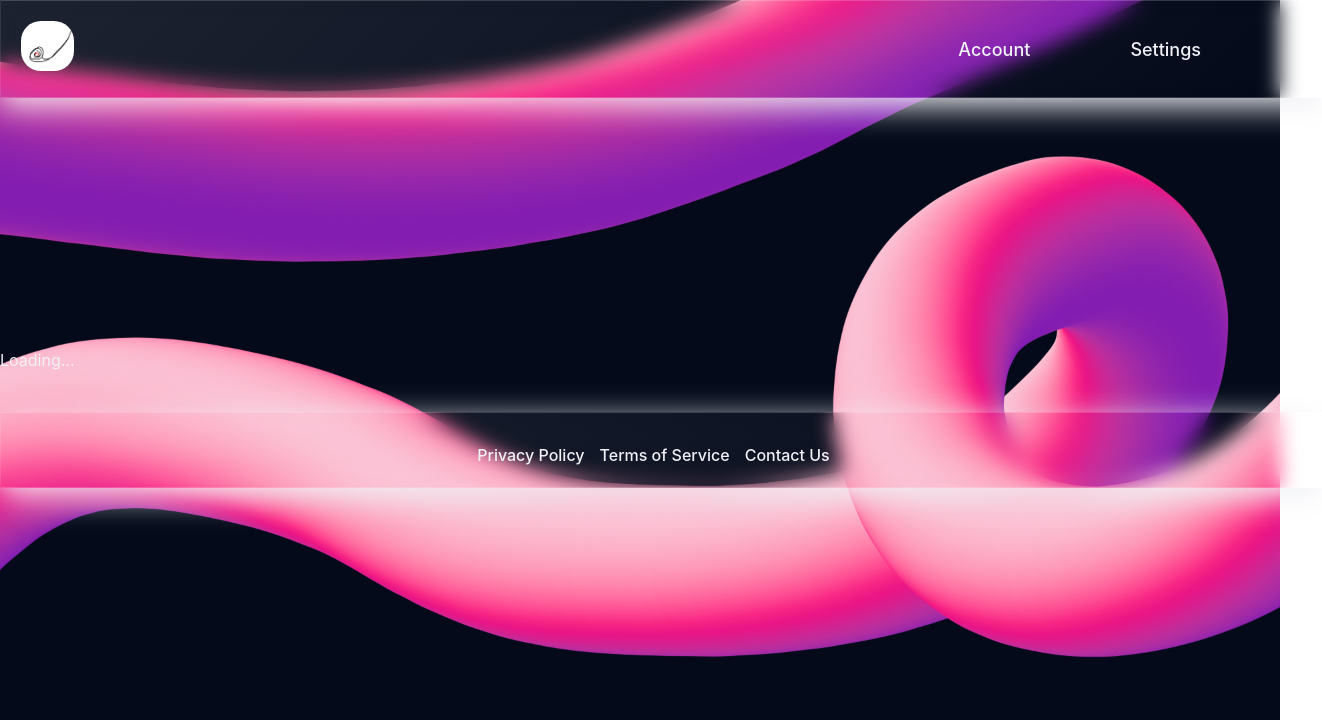
Repository: Jennica1/Front-end-project
Page: /account (app in react/)
These files come from the project's save history. The page is drawn as it stood at one moment and after a run of saves; the edit follows.
The browser window is 1280 px wide. The page is 1322 px wide, then 1280 px, so the pictures cover 1322 px, including what lies to the right of the window. The pictures show the whole page.
The project was rebuilt for these pictures with package versions that can differ from the ones it lists, and the page was loaded fresh each time. Also part of the build but not shown: react/vite.config.js, react/src/pages/styles/Home.css, react/src/Components/Button/Button.css, react/src/Components/Button/Button.jsx, react/src/Components/Sidebar/Sidebar.css, react/src/Components/Sidebar/Sidebar.jsx, react/src/Components/Card/Card.css, react/src/Components/Card/Card.jsx and 12 more.

Above is the page before, as saved 2024-11-30 15:51:55.

### react/src/App.jsx
import React from 'react';
import { BrowserRouter as Router, Route, Routes } from 'react-router-dom';
import Header from './Components/Header/Header';
import Footer from './Components/Footer/Footer';
import Home from './pages/Home';
import Explore from './pages/Explore';
import Account from './pages/Account';
import Settings from './pages/Settings';
import Privacy from './pages/Privacy';
import Contact from './pages/Contact';
import Terms from './pages/Terms';

const App = () => {
    return (
        <Router>
            <Header />
            <main>
                <Routes>
                    <Route path="/" element={<Home />} />
                    <Route path="/explore" element={<Explore />} />
                    <Route path="/account" element={<Account />} />
                    <Route path="/settings" element={<Settings />} />
                    <Route path="/privacy" element={<Privacy />} />
                    <Route path="/terms" element={<Terms />} />
                    <Route path="/contact" element={<Contact />} />
                </Routes>
            </main>
            <Footer />
        </Router>
    );
};

export default App;

### react/src/Components/Header/Header.jsx
import React from 'react';
import { Link } from 'react-router-dom';
import './Header.css';

const Header = () => {
    return (
        <header className="header">
            <div className="header-container">
            <Link to="/">
                <img src="./images/logo.png" alt="Logo" className="logo" />
            </Link>
                <nav>
                    <ul className="nav-list">
                        <li className="nav-item"><Link to="/account">Account</Link></li>
                        <li className="nav-item"><Link to="/settings">Settings</Link></li>
                    </ul>
                </nav>
            </div>
        </header>
    );
};

export default Header;

### react/src/Components/Footer/Footer.jsx
import React from 'react';
import { Link } from 'react-router-dom';
import './Footer.css';

const Footer = () => {
    return (
        <footer className="footer">
            <nav>
                <ul className="footer-list">
                    <li className="footer-item"><Link to="/privacy">Privacy Policy</Link></li>
                    <li className="footer-item"><Link to="/terms">Terms of Service</Link></li>
                    <li className="footer-item"><Link to="/contact">Contact Us</Link></li>
                </ul>
            </nav>
        </footer>
    );
};

export default Footer;

### react/src/pages/Account.jsx
import React, { useEffect, useState } from 'react';
import './styles/Account.css';

const Account = () => {
    const [profile, setProfile] = useState(null); // State for user profile
    const [isLoading, setIsLoading] = useState(true); // Loading state

    useEffect(() => {
        // Wait for script.ts to populate the window with profile data
        const fetchProfileData = async () => {
            const profileData = window.spotifyProfile; // Assuming you store the profile in a global variable
            if (profileData) {
                setProfile(profileData);
                setIsLoading(false);
            }
        };

        fetchProfileData();
    }, []);

    if (isLoading) {
        return <div>Loading...</div>;
    }

    return (
        <div className='account'>
            <div className='profile-header'>
                <div className='profile-image'>
                    <img
                        src={profile.images?.[0]?.url || "https://via.placeholder.com/150"}
                        width={150}
                        alt="profile"
                    />
                </div>
                <div className='profile-info'>
                    <h2 className='profile-username'>{profile.display_name || "Anonymous"}</h2>
                    <button>Edit profile</button>
                    <ul className='profile-stats'>
                        <li><strong>0</strong> posts</li>
                        <li><strong>{profile.followers?.total || 0}</strong> followers</li>
                        <li><strong>0</strong> following</li>
                    </ul>
                </div>
            </div>
            <div className='profile-bio'>
                <h3>{profile.email || "No bio available"}</h3>
            </div>

            <div className='post-grid'>
                <div className='post-item'><img src="https://via.placeholder.com/150" alt="post" /></div>
                <div className='post-item'><img src="https://via.placeholder.com/150" alt="post" /></div>
            </div>
        </div>
    );
};

export default Account;

### react/src/Components/Header/Header.css
.header {
    background: linear-gradient(135deg, var(--transparentDarkGray), var(--transparentBlack));
    backdrop-filter: blur(10px);
    border: 1px solid var(--transparentBlack18);
    box-shadow: 0 8px 32px 0;
    padding: 20px;
    position: absolute;
    width: 100%;
    top: 0;
    left: 0;
}

.header-container {
    display: flex;
    align-items: center;
    justify-content: space-between;
    width: 100%;
}

.logo {
    height: 50px;
    border-radius: 20px;
}

.nav-list {
    display: flex;
    list-style-type: none;
    padding: 0;
    margin: 0;
}

.nav-item {
    margin-right: 100px;
}

.nav-item a {
    color: var(--color-light);
    text-decoration: none;
    font-size: 18px;
}

.nav-item a:hover {
    text-decoration: underline;
    color: var(--color-light);
}

### react/src/Components/Footer/Footer.css
.footer {
    background: linear-gradient(135deg,var(--transparentDarkGray),var(--transparentBlack));
    backdrop-filter: blur(10px);
    border:1px solid var(--transparentBlack18);
    box-shadow:0 8px 32px 0;
    color: var(--color-light);
    padding: 20px;
    text-align: center;
    position: absolute;
    left: 0;
    width: 100%;
    margin-top: 40px;
}

.footer-content {
    display: flex;
    flex-direction: column;
    align-items: center;
}

.footer-list {
    list-style-type: none;
    padding: 0;
    margin: 10px 0 0 0;
}

.footer-list .footer-item {
    display: inline;
    margin-right: 15px;
}

.footer-item a {
    color: var(--color-light);
    text-decoration: none;
}

.footer-item a:hover {
    text-decoration: underline;
    color: var(--color-light);
}

Loaded but not shown: react/index.html (common file); react/src/main.jsx (common file); react/src/index.css (common file)

After the next 2 saves:
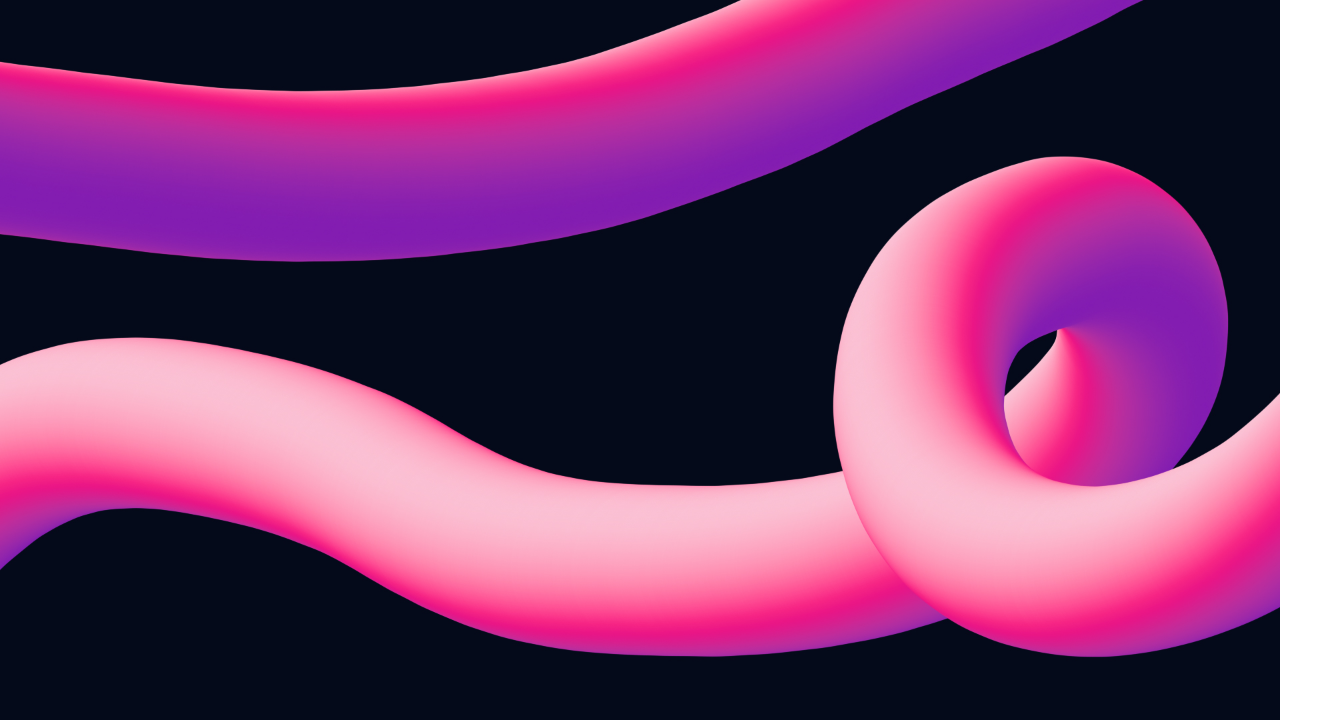
Console error: TypeError: Cannot read properties of null (reading 'images')
The 2 saves are shown as one change because 1 did not build or start.
The last was saved 104 s later.
--- a/react/src/pages/Account.jsx
+++ b/react/src/pages/Account.jsx
@@ -6,21 +6,27 @@ const Account = () => {
     const [isLoading, setIsLoading] = useState(true); // Loading state
 
     useEffect(() => {
-        // Wait for script.ts to populate the window with profile data
         const fetchProfileData = async () => {
-            const profileData = window.spotifyProfile; // Assuming you store the profile in a global variable
-            if (profileData) {
-                setProfile(profileData);
+            // Poll for the profile for a few seconds
+            let attempts = 0;
+            while (!window.spotifyProfile && attempts < 10) {
+                console.log("Waiting for profile...");
+                await new Promise(resolve => setTimeout(resolve, 500)); // Wait 500ms
+                attempts++;
+            }
+
+            if (window.spotifyProfile) {
+                console.log("Profile found:", window.spotifyProfile);
+                setProfile(window.spotifyProfile);
                 setIsLoading(false);
+            } else {
+                console.error("Failed to load profile.");
             }
         };
 
         fetchProfileData();
     }, []);
 
-    if (isLoading) {
-        return <div>Loading...</div>;
-    }
 
     return (
         <div className='account'>
